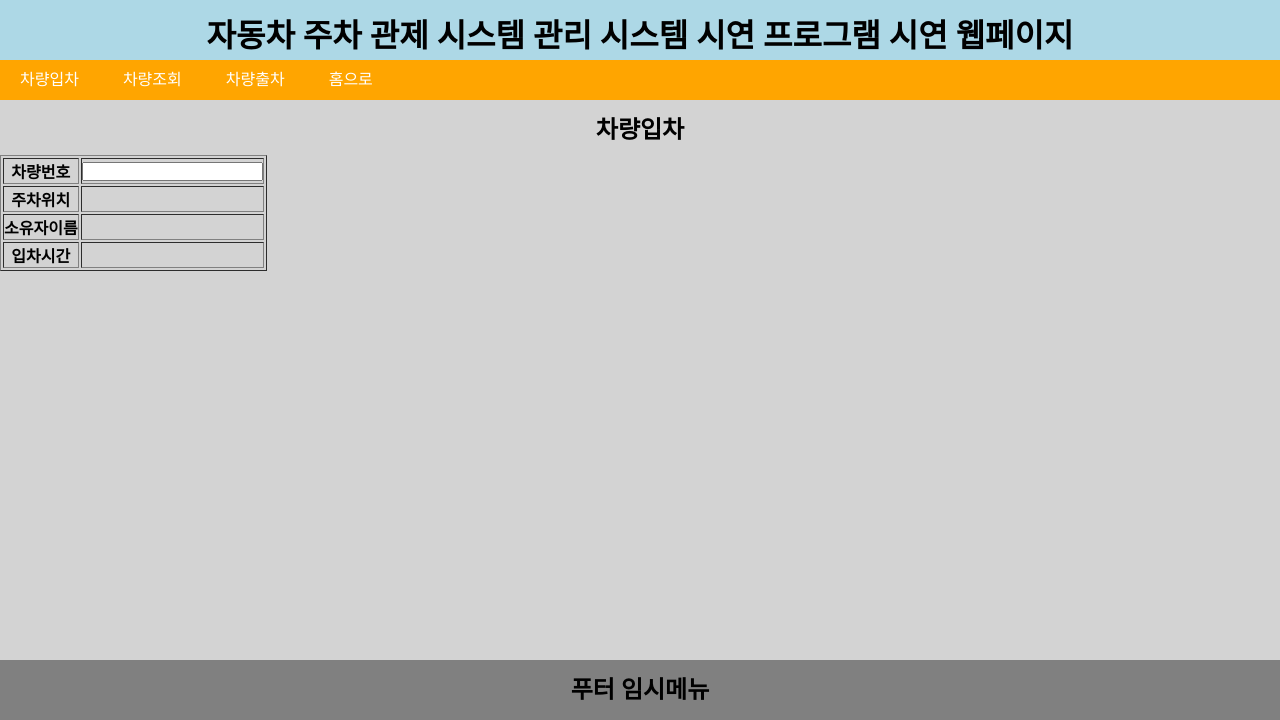
Repository: Ghraminal/mytest
Page: http://localhost/farking/insert.jsp
The author's editor kept a copy of each file at every save. The page is drawn from the files as they stood at one save, then again after the next save.
The browser window is 1280 px wide. The pictures show the whole page.
The page is served by Tomcat 9.

Above is the page before, as saved 2025-08-19 00:39:18.

### farking/src/main/webapp/insert.jsp
<%@ page language="java" contentType="text/html; charset=UTF-8"
    pageEncoding="UTF-8"%>
<!DOCTYPE html>
<html>
<head>
<meta charset="UTF-8">
<title>Insert title here</title>
<style>
	*{
		margin: 0;
		padding: 0;
		list-style: none;
		text-decoration: none;
		box-sizing: border-box;
	}
	section{
		width: 100%;
		height: calc(100vh - 160px);
		background-color: lightgray;
	}
	h1{
		justify-content: center;
		text-align: center;
		padding: 10px;
	}
</style>
</head>
<body>
<jsp:include page="header.jsp"></jsp:include>
<jsp:include page="nav.jsp"></jsp:include>
<section>

<h1>차량입차</h1>

<form action="action.jsp" method="post" name="frm">
	<table border="1">
		<tr>
			<th>차량번호</th>
			<td><input type="text" name="car_number"></td>
		</tr>
		<tr>
			<th>주차위치</th>
			<td></td>
		</tr>
		<tr>
			<th>소유자이름</th>
			<td></td>
		</tr>
		<tr>
			<th>입차시간</th>
			<td></td>
		</tr>
	</table>
</form>

</section>
<jsp:include page="footer.jsp"></jsp:include>
</body>
</html>

### farking/src/main/webapp/header.jsp
<%@ page language="java" contentType="text/html; charset=UTF-8"
    pageEncoding="UTF-8"%>
<!DOCTYPE html>
<html>
<head>
<meta charset="UTF-8">
<title>Insert title here</title>
<style>
	*{
		margin: 0;
		padding: 0;
		list-style: none;
		text-decoration: none;
		box-sizing: border-box;
	}
	header{
		width: 100%;
		height: 60px;
		background-color: lightblue;
	}
	h1{
		justify-content: center;
		text-align: center;
		padding: 10px;
	}
</style>
</head>
<body>
<header>
	<h1>자동차 주차 관제 시스템 관리 시스템 시연 프로그램 시연 웹페이지</h1>
</header>

</body>
</html>

### farking/src/main/webapp/nav.jsp
<%@ page language="java" contentType="text/html; charset=UTF-8"
	pageEncoding="UTF-8"%>
<!DOCTYPE html>
<html>
<head>
<meta charset="UTF-8">
<title>nav</title>
<style>
nav {
	width: 100%;
	height: 40px;
	background-color: orange;
	line-height: 40px;
}

nav a {
	color: white;
	padding: 0 20px;
}
</style>
</head>
<body>
	<nav>
		<a href="insert.jsp">차량입차</a>
		<a href="list">차량조회</a>
		<a href="out.jsp">차량출차</a>
		<a href="index.jsp">홈으로</a>
	</nav>
</body>
</html>

### farking/src/main/webapp/footer.jsp
<%@ page language="java" contentType="text/html; charset=UTF-8"
    pageEncoding="UTF-8"%>
<!DOCTYPE html>
<html>
<head>
<meta charset="UTF-8">
<title>Insert title here</title>
<style>
	*{
		margin: 0;
		padding: 0;
		list-style: none;
		text-decoration: none;
		box-sizing: border-box;
	}
	footer{
		width: 100%;
		height: 60px;
		background-color: gray;
	}
	h2{
		justify-content: center;
		text-align: center;
		padding: 10px;
	}
</style>
</head>
<body>
<footer>
<h2>푸터 임시메뉴</h2>
</footer>

</body>
</html>

After the next save:
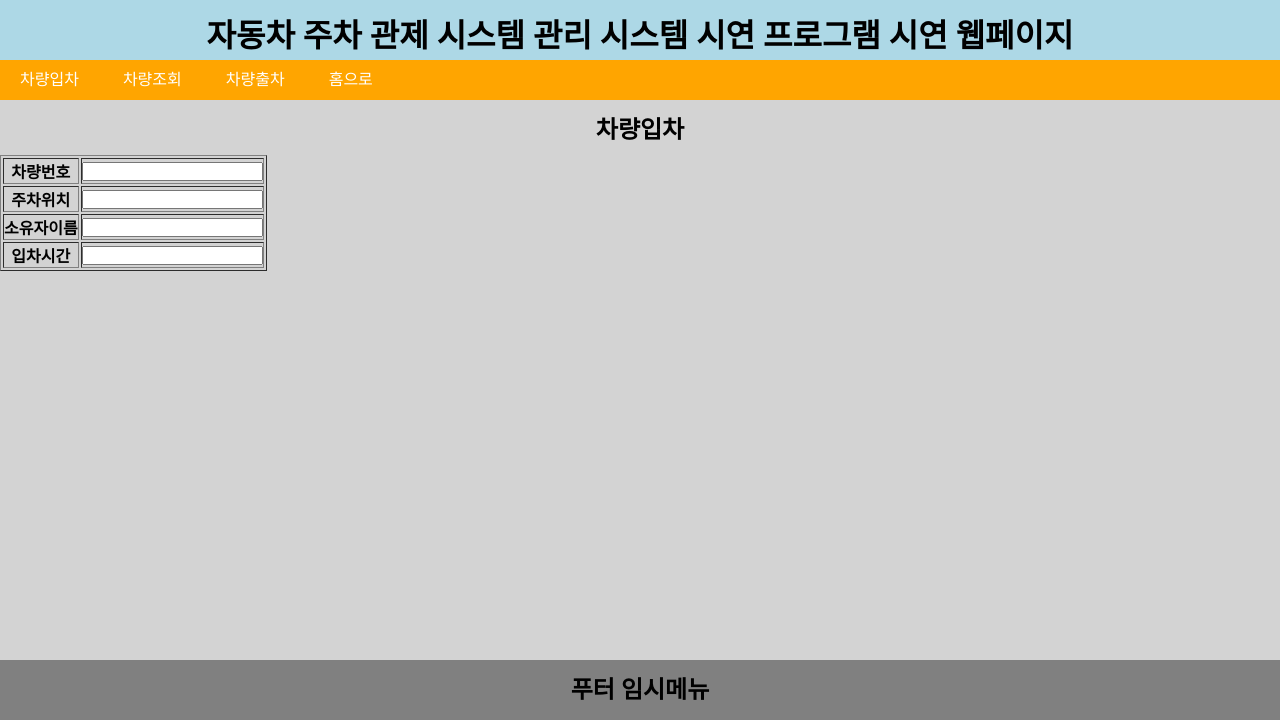
Saved 7 s later.
--- a/farking/src/main/webapp/insert.jsp
+++ b/farking/src/main/webapp/insert.jsp
@@ -40,15 +40,15 @@
 		</tr>
 		<tr>
 			<th>주차위치</th>
-			<td></td>
+			<td><input type="text" name="car_number"></td>
 		</tr>
 		<tr>
 			<th>소유자이름</th>
-			<td></td>
+			<td><input type="text" name="car_number"></td>
 		</tr>
 		<tr>
 			<th>입차시간</th>
-			<td></td>
+			<td><input type="text" name="car_number"></td>
 		</tr>
 	</table>
 </form>
